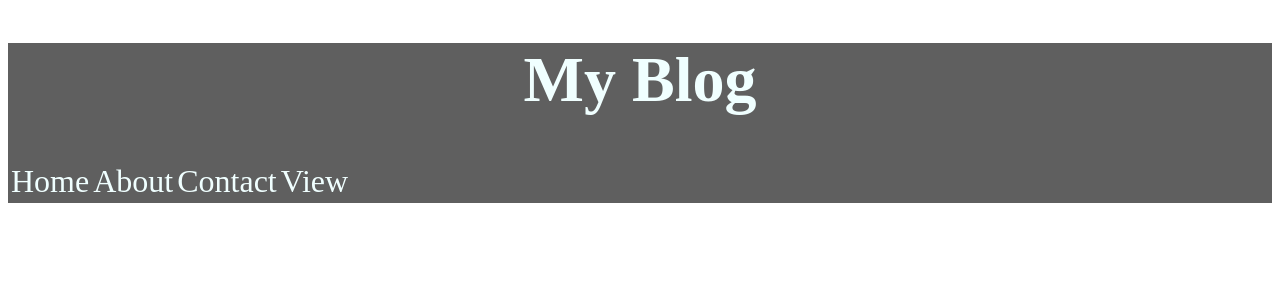
Repository: obusakthi539/Loginform
Page: Myblog.html
An editor plug-in stored every save of this project. The page is shown before and after a run of saves, followed by the edit.
The browser window is 1280 px wide. The pictures show the whole page.

Above is the page before, as saved 2025-01-12 12:32:02.

### Myblog.html
<!DOCTYPE html>
<html lang="en">
<head>
    <meta charset="UTF-8">
    <meta name="viewport" content="width=device-width, initial-scale=1.0">
    <title>Document</title>

    <style>
        body{

        }
        .a1{
            background-color: rgba(0, 0, 0, 0.626);
            color: azure;
            text-align: center;
            font-size: xx-large;
            align-items: center;
        }
    </style>
</head>
<body>
    <div class="a1">
        <h1>My Blog</h1>
        <table>
            <tr>
                <td>Home</td>
                <td>About</td>
                <td>Contact</td>
                <td>View</td>
            </tr>
        </table>
    </div>
</body>
</html>

After the next 4 saves:
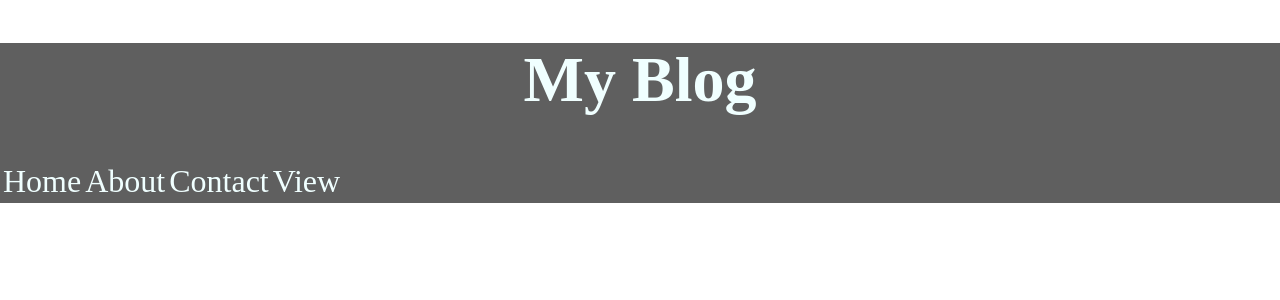
The 4 saves are shown as one change because they came seconds apart.
The last was saved 13 s later.
--- a/Myblog.html
+++ b/Myblog.html
@@ -7,7 +7,7 @@
 
     <style>
         body{
-
+           margin: 0px;
         }
         .a1{
             background-color: rgba(0, 0, 0, 0.626);
